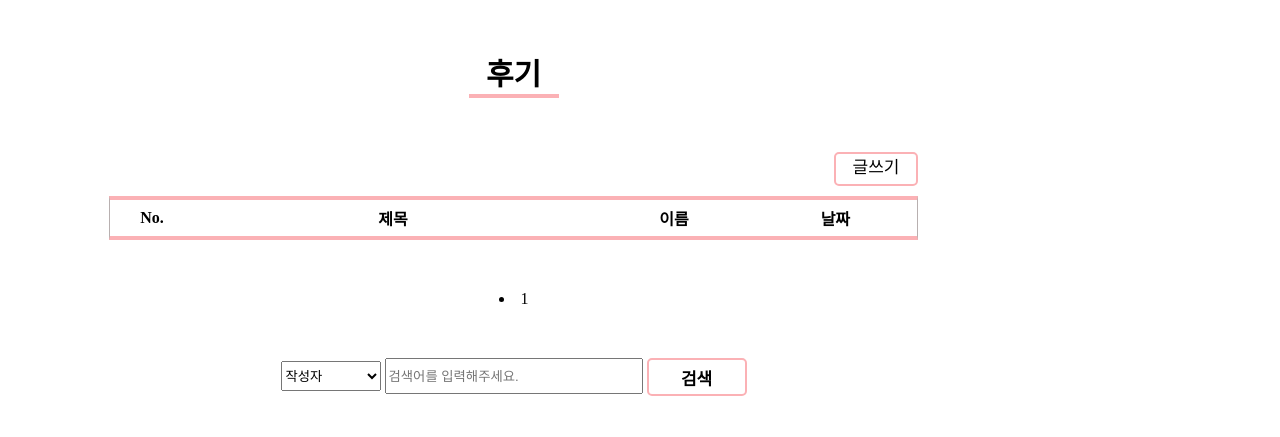
Repository: seugju/HSDsemi
Page: http://localhost/studioMood/postList?reqPage=1
An editor plug-in stored every save of this project. The page is shown before and after the next save, followed by the edit.
The browser window is 1280 px wide. The pictures show the whole page.
The page is served by Tomcat 9. Queries for data that is not in the repository find no rows.

Above is the page before, as saved 2020-11-25 07:45:02.

After the next save:
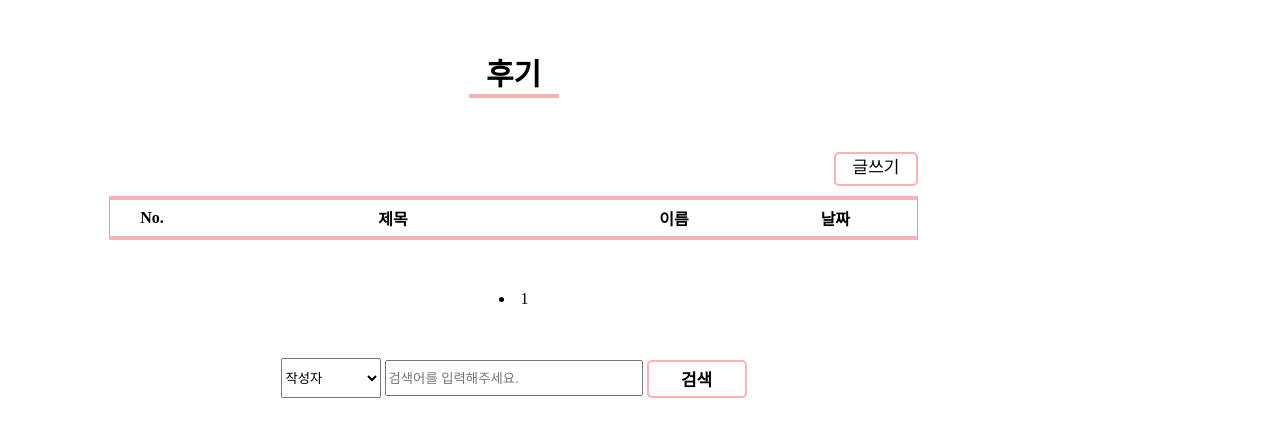
Saved 8 s later.
--- a/project-workspace/studioMood/WebContent/WEB-INF/views/post/postList.jsp
+++ b/project-workspace/studioMood/WebContent/WEB-INF/views/post/postList.jsp
@@ -100,7 +100,7 @@
         }
         .post>form>select{
         width : 100px;
-        height : 30px;
+        height : 40px;
         }
     </style>
 </head>
